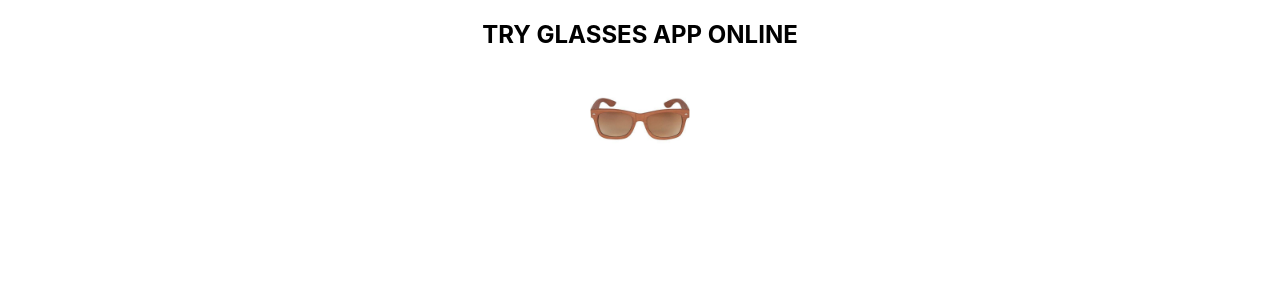
Repository: phongthanhh/ChoseGlass
Page: /
An editor plug-in stored every save of this project. The page is shown before and after the next save, followed by the edit.
The browser window is 1280 px wide. The pictures show the whole page.
The project was rebuilt for these pictures with package versions that can differ from the ones it lists, and the page was loaded fresh each time.

Above is the page before, as saved 2022-12-25 15:28:59.

After the next save:
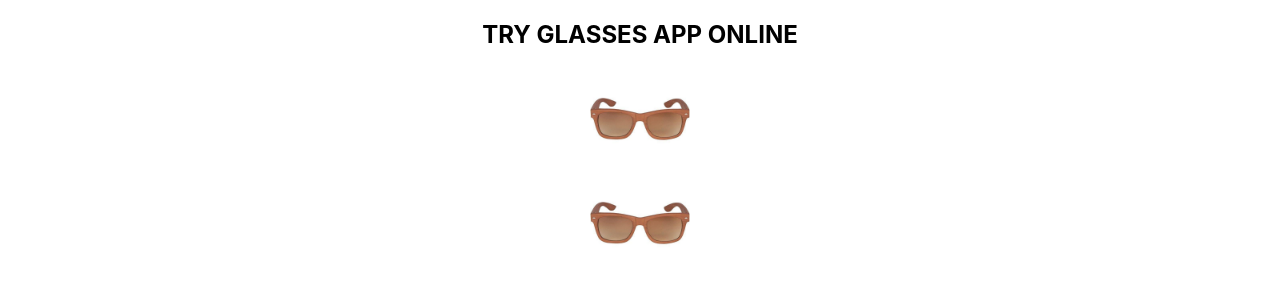
Saved 6 s later.
--- a/src/ChoseGlass/BTGlass.jsx
+++ b/src/ChoseGlass/BTGlass.jsx
@@ -90,6 +90,9 @@
                             <div className="col-2">
                                 <img style={{ width: '100px' }} src='./img/g1.jpg' alt="" />
                             </div>
+                            <div className="col-2">
+                                <img style={{ width: '100px' }} src='./img/g1.jpg' alt="" />
+                            </div>
                         </div>
                     </div>
                 </section>
